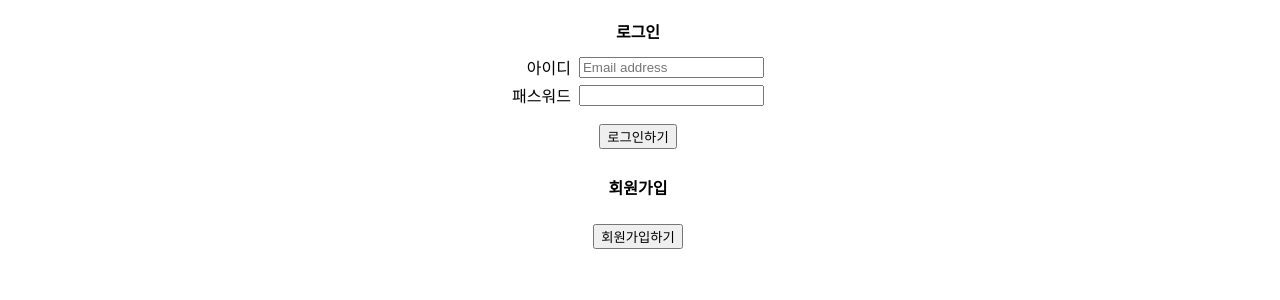
Repository: Dnut0121/2023_JSP
Page: http://localhost/Hello2/loginForm.jsp
An editor plug-in stored every save of this project. The page is shown before and after the next save, followed by the edit.
The browser window is 1280 px wide. The pictures show the whole page.
The page is served by Tomcat 9.

Above is the page before, as saved 2023-11-29 03:14:21.

After the next save:
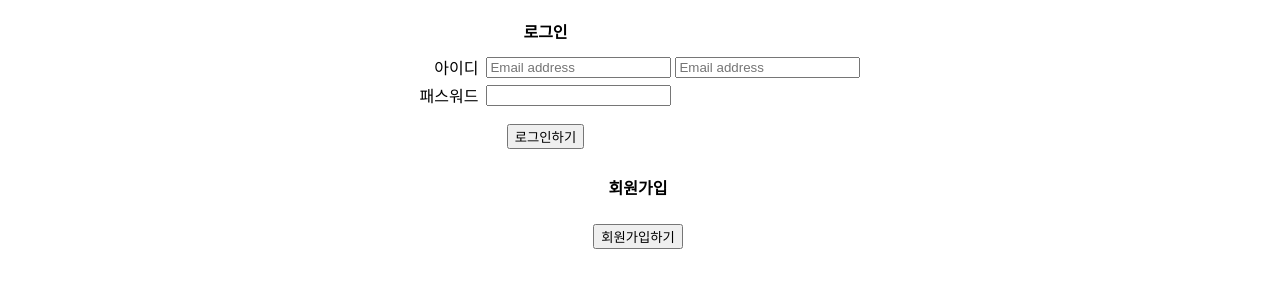
Saved 9 min 13 s later.
--- a/201907036_KDH/Hello2/src/main/webapp/loginForm.jsp
+++ b/201907036_KDH/Hello2/src/main/webapp/loginForm.jsp
@@ -11,6 +11,7 @@
 	<tr><td colspan=2 align=center height=40><b>로그인</b><td></tr>
 	<tr>
 		<td align=right>아이디&nbsp;</td>
+		<td><input type="text" name="id" placeholder="Email address" required></td>
 		<td><input type="text" name="id" placeholder="Email address" required></td>
 	</tr>
 	<tr>
